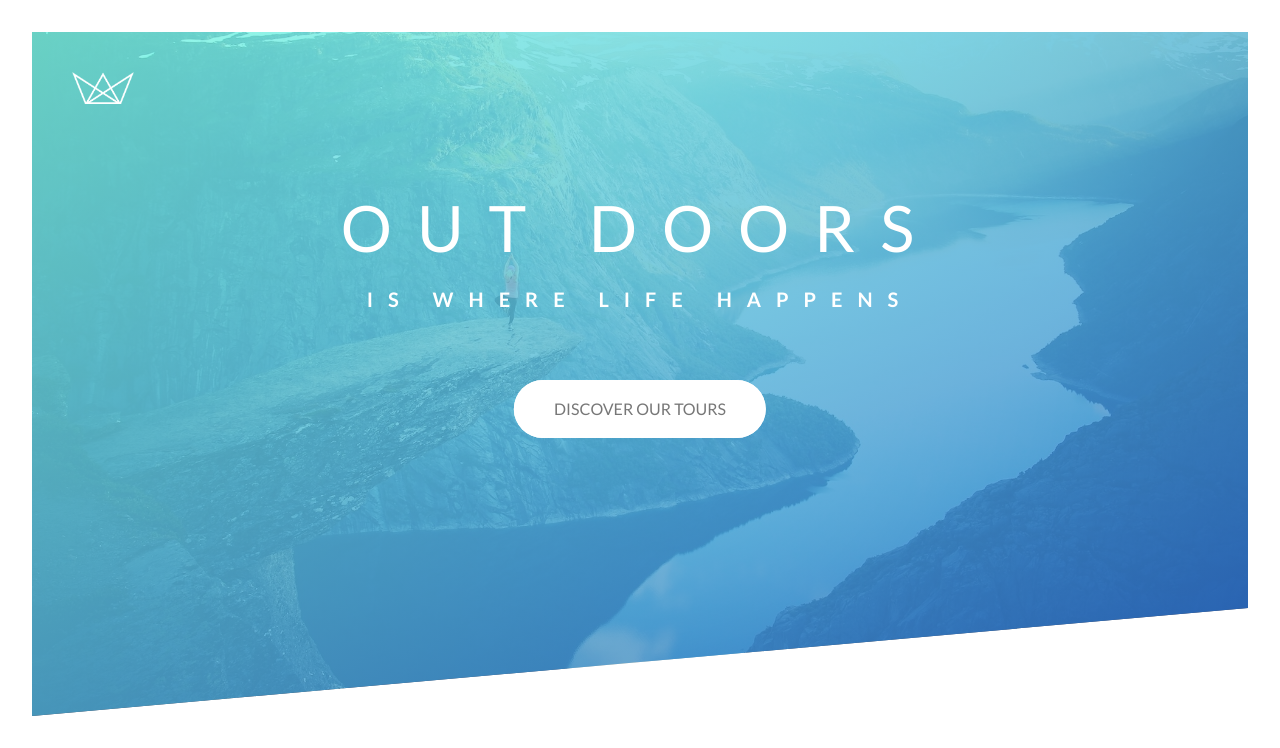
Repository: haokiet2501/natours-page
Page: index.html
An editor plug-in stored every save of this project. The page is shown before and after the next save, followed by the edit.
The browser window is 1280 px wide. The pictures show the whole page.

Above is the page before, as saved 2022-08-05 13:17:43.

After the next save:
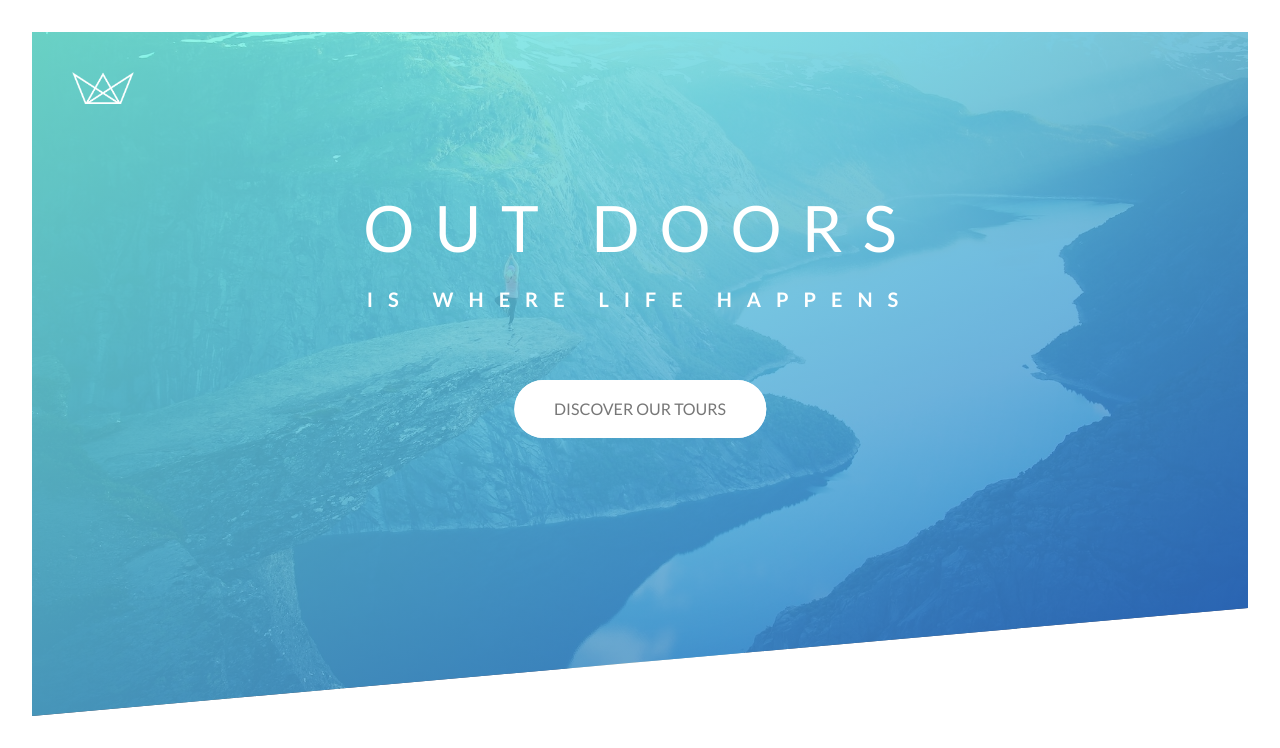
Saved 15 s later.
--- a/styles.css
+++ b/styles.css
@@ -68,7 +68,7 @@ html {
     display: block;
     font-size: 4rem;
     font-weight: 400;
-    letter-spacing: 25px;
+    letter-spacing: 20px;
     animation: 1s moveLeft ease-out;
 }
 
